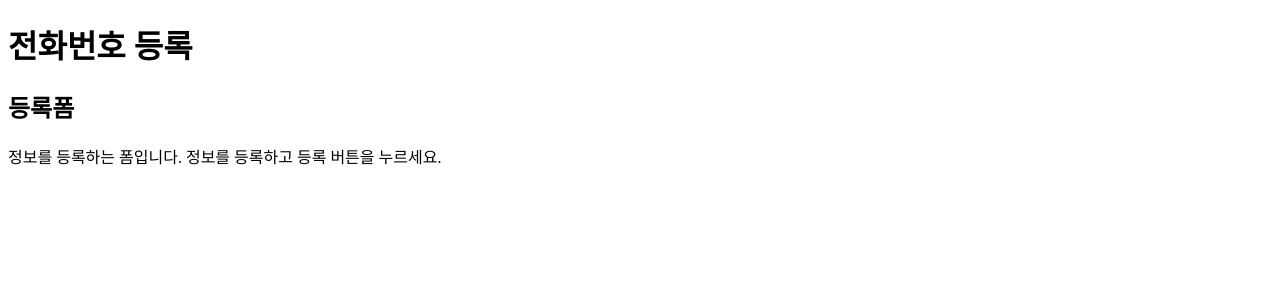
Repository: Kwonharu/workspace-web
Page: http://localhost/phonebook2/writeForm.jsp
The author's editor kept a copy of each file at every save. The page is drawn from the files as they stood at one save, then again after the next save.
The browser window is 1280 px wide. The pictures show the whole page.
The page is served by Tomcat 9. Other server files are loaded and not shown.

Above is the page before, as saved 2023-09-04 08:17:58.

### phonebook2/WebContent/writeForm.jsp
<%@ page language="java" contentType="text/html; charset=UTF-8"
    pageEncoding="UTF-8"%>
<!DOCTYPE html>
<html>
<head>
<meta charset="UTF-8">
<title>Insert title here</title>
</head>
<body>
	<h1>전화번호 등록</h1>
	<h2>등록폼</h2>

	<p>정보를 등록하는 폼입니다. 정보를 등록하고 등록 버튼을 누르세요.</p>

</body>
</html>

After the next save:
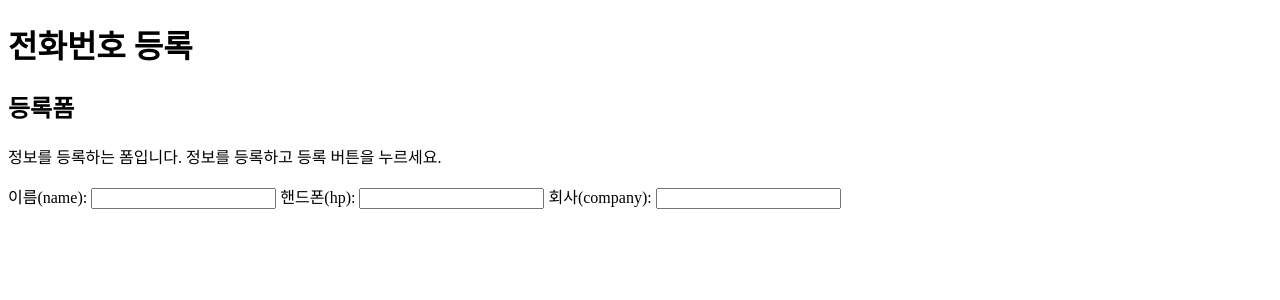
Saved 59 s later.
--- a/phonebook2/WebContent/writeForm.jsp
+++ b/phonebook2/WebContent/writeForm.jsp
@@ -12,5 +12,10 @@
 
 	<p>정보를 등록하는 폼입니다. 정보를 등록하고 등록 버튼을 누르세요.</p>
 
+	이름(name): <input type="text">
+	핸드폰(hp): <input type="text">
+	회사(company): <input type="text">
+
+
 </body>
 </html>
